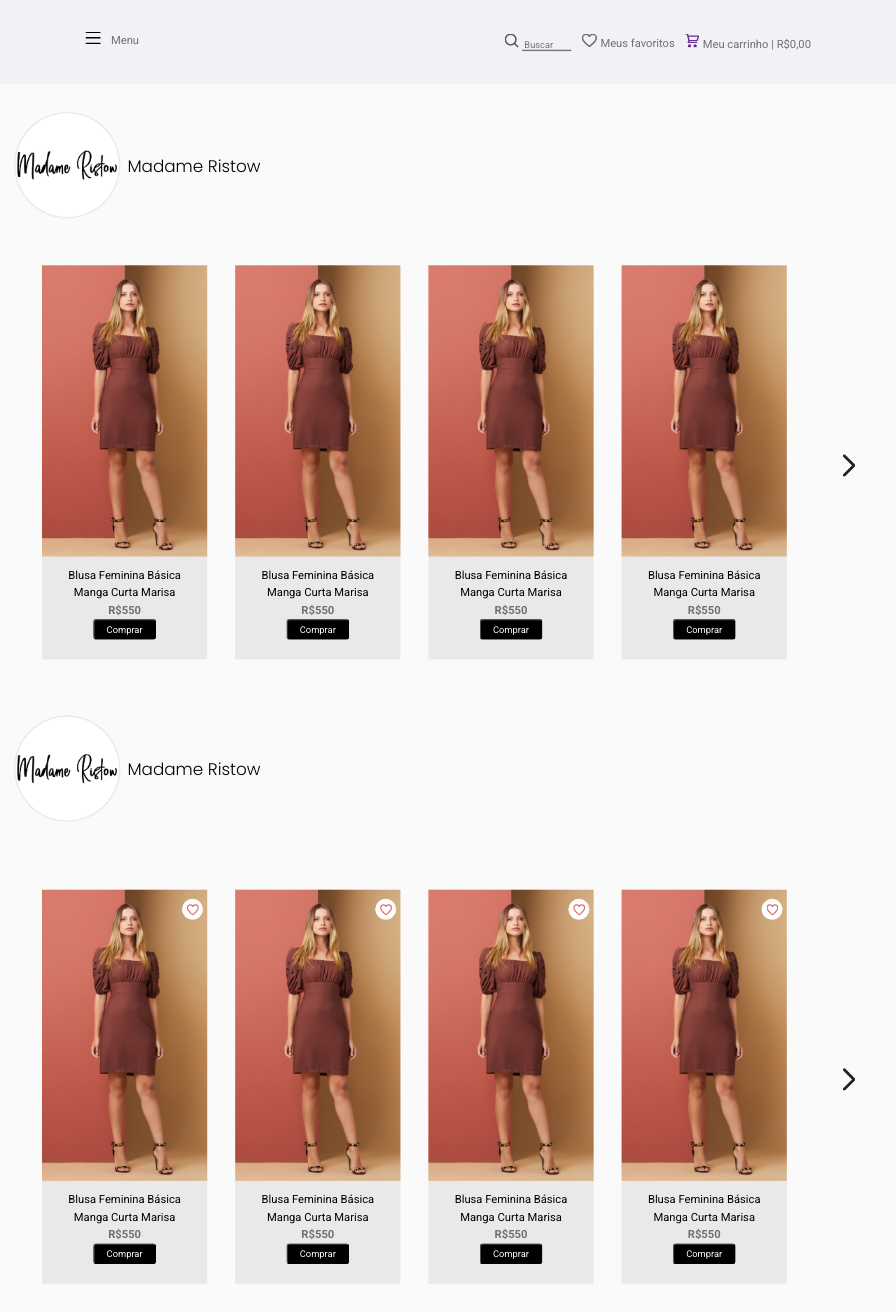
Repository: gutobarbosa/FrontEndLojaVirtual
Page: /
These files come from the project's save history. The page is drawn as it stood at one moment and after the next save; the edit follows.
The browser window is 1280 px wide. The pictures show the whole page, at 70% of full size.
The project was rebuilt for these pictures with package versions that can differ from the ones it lists, and the page was loaded fresh each time. Also part of the build but not shown: src/pages/Repository/styles.ts, src/services/api.ts, src/pages/Repository/index.tsx.

Above is the page before, as saved 2020-11-22 00:14:52.

### public/index.html
<!DOCTYPE html>
<html lang="en">
  <head>
    <meta charset="utf-8" />
    <meta name="viewport" content="width=device-width, initial-scale=1" />
    <meta name="theme-color" content="#000000" />

    <title></title>
    <link href="https://fonts.googleapis.com/css2?family=Roboto:wght@400;700&display=swap" rel="stylesheet">
    <link rel="preconnect" href="https://fonts.gstatic.com">
    <link rel="preconnect" href="https://fonts.gstatic.com">
<link href="https://fonts.googleapis.com/css2?family=Poppins:ital,wght@0,300;0,400;1,200&display=swap" rel="stylesheet">
</head>
  <body>
    <noscript>You need to enable JavaScript to run this app.</noscript>
    <div id="root"></div>

  </body>
</html>

### src/App.tsx
import React from 'react';
import { BrowserRouter as Router } from 'react-router-dom';

import Routes from './routes';

import GlobalStyle from '../src/styles/global';

const App: React.FC = () => (
  <>
    <GlobalStyle />
    <Router>
      <Routes />
    </Router>
  </>
);

export default App;

### src/routes/index.tsx
import React from 'react';
import {Switch, Route} from 'react-router-dom';

import Dashboard from '../pages/Dashboard';
import Repository from '../pages/Repository';

// rota da url, nesse caso a nossa rota atual é a raiz então vai apenas a / e o componente é que sera acessado através desse endereço url
const Routes: React.FC = () =>{
    return (
        <Switch>
            <Route path="/" exact component={Dashboard} />
            <Route path="/repositories/:repository+" component={Repository} />
        </Switch>
    );
}

export default Routes;

### src/styles/global.ts
import { createGlobalStyle } from 'styled-components';

export default createGlobalStyle`
  * {
    margin: 0;
    padding: 0;
    outline: 0;
    box-sizing: border-box;
  }

  body {
    background: #FAFAFA ;
    -webkit-font-smoothing: antialiased

  }

  body, input, button {
    font-family: 'Roboto', sans-serif;
    max-width: 1500vw;
  }

  button {
    cursor: pointer;
  }
`;

### src/pages/Dashboard/index.tsx
/* eslint-disable no-undef */

import React from "react";
import { Container, ContainerProducts } from "./styles";
import lefticon from '../../assets/avatar 152 x 152px.png';
import productimage from '../../assets/image-product.png';
import arrownext from '../../assets/arrowNext.svg';
import iconheart from '../../assets/iconHeart.svg';

import Header from '../../components/Header';

//import { Container, CardContainer, Card, TableContainer } from './styles';

const Dashboard: React.FC = () => {

  return (
    <>
    <Header/>
    <Container>
    <img src={lefticon} alt="Hamburguer" />
    <h3>Madame Ristow</h3>
    </Container>
    <ContainerProducts>
        <div className="productBox">
            <div className="productImage">
            <img src={productimage} alt="Product" />
            </div>
            <div className="productinformation">
            <p>Blusa Feminina Básica Manga Curta Marisa<br/></p>
                <p className ="bold">R$550 <br/></p>
                <div className="buttonBuy">
                    <button>Comprar</button>
                </div>
            </div>
        </div>
        <div className="productBox">
            <div className="productImage">
            <img src={productimage} alt="Product" />
            </div>
            <div className="productinformation">
            <p>Blusa Feminina Básica Manga Curta Marisa<br/></p>
                <p className ="bold">R$550 <br/></p>
                <div className="buttonBuy">
                    <button>Comprar</button>
                </div>
            </div>
        </div>
        <div className="productBox">
            <div className="productImage">
            <img src={productimage} alt="Product" />
            </div>
            <div className="productinformation">
            <p>Blusa Feminina Básica Manga Curta Marisa<br/></p>
                <p className ="bold">R$550 <br/></p>
                <div className="buttonBuy">
                    <button>Comprar</button>
                </div>
            </div>
        </div>
        <div className="productBox">
            <div className="productImage">
            <div>
            <img src={productimage} alt="Product" />
            </div>

            </div>
            <div className="productinformation">
                <p>Blusa Feminina Básica Manga Curta Marisa<br/></p>
                <p className ="bold">R$550 <br/></p>
                <div className="buttonBuy">
                    <button>Comprar</button>
                </div>
            </div>
        </div>
        <div className="arrowNext">
            <img src={arrownext} alt="arrownext" />
        </div>
    </ContainerProducts>

    <Container>
    <img src={lefticon} alt="Hamburguer" />
    <h3>Madame Ristow</h3>
    </Container>
    <ContainerProducts>
        <div className="containerBox">
            <div className="heart">
                <img src={iconheart} alt="Product" />
            </div>
            <div className="productBox">
                <div className="productImage">
                <img src={productimage} alt="Product" />
                </div>
                <div className="productinformation">
                <p>Blusa Feminina Básica Manga Curta Marisa<br/></p>
                    <p className ="bold">R$550 <br/></p>
                    <div className="buttonBuy">
                        <button>Comprar</button>
                    </div>
                </div>
            </div>
        </div>
        <div className="containerBox">
            <div className="heart">
                <img src={iconheart} alt="Product" />
            </div>
            <div className="productBox">
                <div className="productImage">
                <img src={productimage} alt="Product" />
                </div>
                <div className="productinformation">
                <p>Blusa Feminina Básica Manga Curta Marisa<br/></p>
                    <p className ="bold">R$550 <br/></p>
                    <div className="buttonBuy">
                        <button>Comprar</button>
                    </div>
                </div>
            </div>
        </div>
        <div className="containerBox">
            <div className="heart">
                <img src={iconheart} alt="Product" />
            </div>
            <div className="productBox">
                <div className="productImage">
                <img src={productimage} alt="Product" />
                </div>
                <div className="productinformation">
                <p>Blusa Feminina Básica Manga Curta Marisa<br/></p>
                    <p className ="bold">R$550 <br/></p>
                    <div className="buttonBuy">
                        <button>Comprar</button>
                    </div>
                </div>
            </div>
        </div>

        <div className="containerBox">
            <div className="heart">
                <img src={iconheart} alt="Product" />
            </div>
            <div className="productBox">
                <div className="productImage">
                <div>
                <img src={productimage} alt="Product" />
                </div>

                </div>
                <div className="productinformation">
                    <p>Blusa Feminina Básica Manga Curta Marisa<br/></p>
                    <p className ="bold">R$550 <br/></p>
                    <div className="buttonBuy">
                        <button>Comprar</button>
                    </div>
                </div>
            </div>
        </div>
        <div className="arrowNext">
            <img src={arrownext} alt="arrownext" />
        </div>
    </ContainerProducts>
    </>
  );
};

export default Dashboard;

### src/pages/Dashboard/styles.ts
import styled from 'styled-components';
/*
interface CardProps {
  total?: boolean;
}*/

export const Container = styled.div`
  width: 100%;
  max-width: 1600px;
  margin: 0 auto;
  padding: 40px 20px;
  display: flex;
  align-items: center;


    img {
        justify-content: flex-start;
    }

    h3 {
        color: black;
        margin-left: 10px;
        font-family: 'Poppins', sans-serif;
        font-size: 24px;
        font-weight: 300;
    }
`;
export const ContainerProducts = styled.div`
width: 100%;
max-width: 1600px;
margin: 0 auto;
padding: 40px 20px;
display: flex;
align-items: center;

    .heart {
        width: 30px;
        height: 30px;
        background-color: white;
        border-radius: 15px;
        position: relative;
        right: -240px;
        top: 30px;
        align-items: center;
        cursor: pointer;
    }
    .heart img {
        align-items: center;
        width: 17px;
        height: 17px;
        margin: 0 auto;
        position: relative;
        top: 7px;
        left: 7px;
    }
    .productBox {
        width: 236px;
        height: 550px;
        margin-left: 40px;
        background: #E9E9E9;
    }
    .productinformation {
        max-width: 250px;
        max-height: 150px;
    }
    .productImage{
        max-width: 236px;
        max-height: 416px;
    }
    .productImage img {
        width: 100%;
        height: 416px;
        margin-top: -13px;
    }

    .arrowNext {
        margin-left: 80px;
    }
    .productinformation{
        width: 200px;
        size: 20px;
        justify-content: center;
        margin: 0 auto;
        margin-top: 10px;
    }
    .productinformation p{
        text-align: center;
        line-height: 25px;
    }
    .buttonBuy {
        width: 100%;
        margin: 0 auto;
        text-align: center;
    }
    .productinformation button{
        background: black;
        color: white;
        width: 90px;
        height: 30px;
        border-radius: 5px;
        cursor: pointer;
    }

    .bold{
        color: #707070;
        font-weight: bold;
    }


`;

### src/components/Header/index.tsx
import React from 'react';

//import { Link } from 'react-router-dom';
import hamburguerBars from '../../assets/hamburguer.svg';
import searchicon from '../../assets/searchIcon.svg';
import favoriteicon from '../../assets/favoriteIcon.svg';
import mycaricon from '../../assets/mycarIcon.svg'
import { Container, ContainerHeader, ContentLeft, ContentRight } from '../Header/styles';




const Header: React.FC = () => (
  <Container>
    <ContainerHeader>
    <header>
      <ContentLeft>
        <div className="menuTotal">
          <img src={hamburguerBars} alt="Hamburguer" />
          <span className="menu">Menu</span>
        </div>
      </ContentLeft>
      <ContentRight>
        <div className="searchTotal">
          <img src={searchicon} alt="Hamburguer" />
          <input placeholder=" Buscar" type="text"/>
        </div>
        <div className="favoritesTotal">
          <img src={favoriteicon} alt="Favorite" />
          <span>Meus favoritos</span>
        </div>
        <div className="MycarTotal">
          <img src={mycaricon} alt="Mycar" />
          <span>Meu carrinho | R$0,00</span>
        </div>
      </ContentRight>
    </header>
    </ContainerHeader>
  </Container>
);

export default Header;

### src/components/Header/styles.ts
import styled from 'styled-components';
/*
interface ContainerProps {
  size?: 'small' | 'large';
}*/

export const Container = styled.div`
  background: #F0F2F5;
  padding: 30px;
  width: 100%;

  header {
    height: 60px;
    margin: 0 auto;
    display: flex;
    align-items: center;
    justify-content: space-between;
  }

  span {
    color: #707070;
    text-align: left;
    opacity: 1;
    margin-left: 25px;
    cursor: pointer;
  }
  .menu{
    margin-left: 10px;

  }
  input {
    border-left: 0px solid black;
    border-right: 0px solid black;
    border-top: 0px solid black;
    width: 70px;
    background: #F0F2F5;
  }

   img {
    margin-right: 5px;
   }

   .menuTotal{
     width:100px;
     height:30px;
     cursor:pointer;
   }

   .menuTotal:hover{
    opacity: 0.5;
  }
`;

export const ContainerHeader = styled.div`
width: 85%;
margin: 0 auto;
`;


export const ContentLeft = styled.div`

`;

export const ContentRight = styled.div`
  display: flex;
  margin-left: 20px;
  .favoritesTotal img {
        margin-right: -20px;
        margin-left: 15px
    }

    .favoritesTotal:hover{
        cursor:pointer;
        opacity: 0.7;
    }

    .MycarTotal img {
        margin-right: -20px;
        margin-left: 15px
    }

    .MycarTotal:hover{
        cursor:pointer;
        opacity: 0.7;
    }


`;

Loaded but not shown: src/index.tsx (common file)

After the next save:
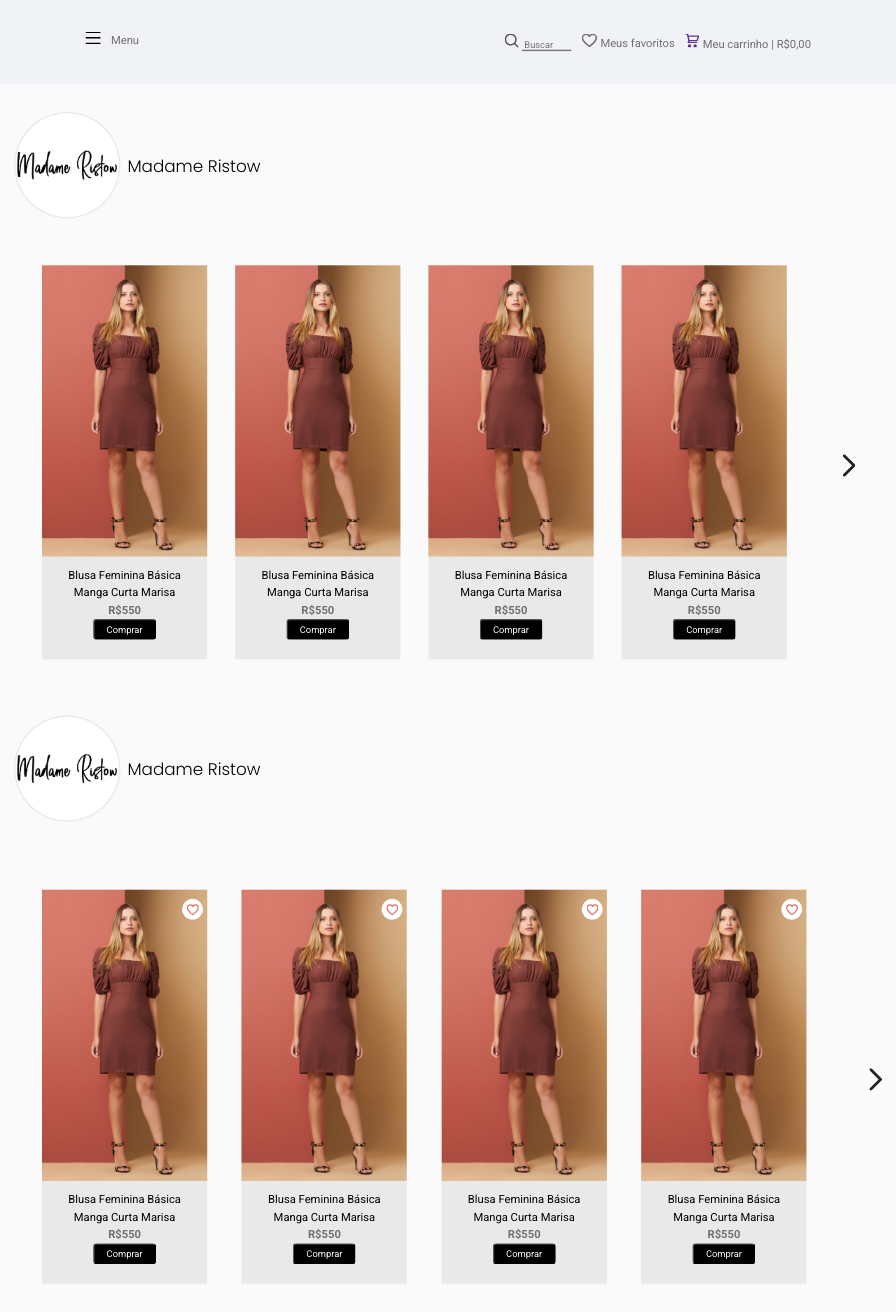
Saved 21 s later.
--- a/src/pages/Dashboard/styles.ts
+++ b/src/pages/Dashboard/styles.ts
@@ -32,7 +32,9 @@ margin: 0 auto;
 padding: 40px 20px;
 display: flex;
 align-items: center;
-
+    .containerBox{
+        width:100%;
+    }
     .heart {
         width: 30px;
         height: 30px;
